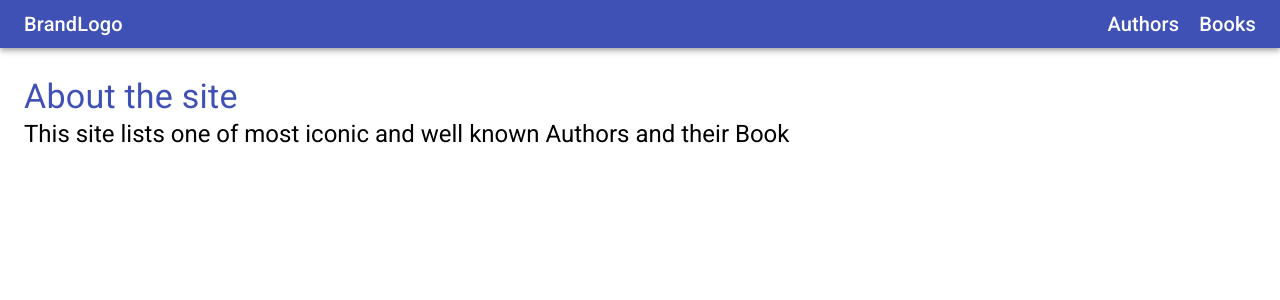
Repository: Sociophuck/00007494
Page: / (app in front/)
The author's editor kept a copy of each file at every save. The page is drawn from the files as they stood at one save, then again after the next save.
The browser window is 1280 px wide. The pictures show the whole page.
The project was rebuilt for these pictures with package versions that can differ from the ones it lists, and the page was loaded fresh each time. Also part of the build but not shown: front/src/Author.js, front/src/Book.js, front/src/AuthorDetails.js.

Above is the page before, as saved 2021-04-04 15:38:56.

After the next save:
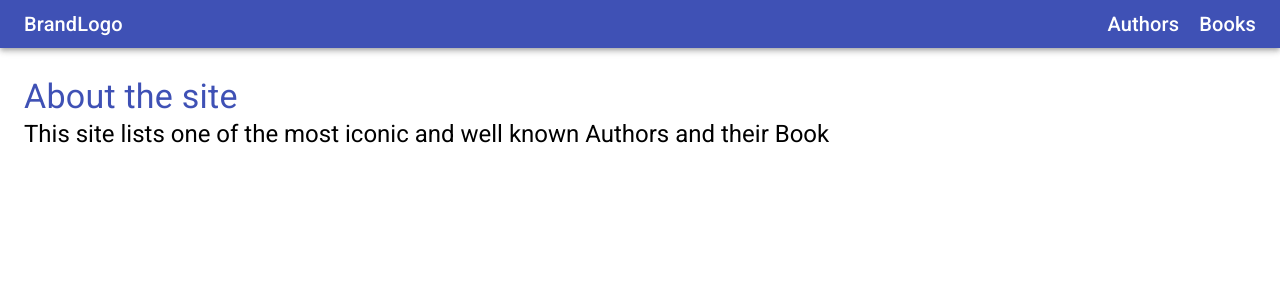
Saved 13 s later.
--- a/front/src/Home.js
+++ b/front/src/Home.js
@@ -7,7 +7,8 @@ function Home() {
         About the site
       </Typography>
       <Typography variant="h5">
-        This site lists one of most iconic and well known Authors and their Book
+        This site lists one of the most iconic and well known Authors and their
+        Book
       </Typography>
     </Container>
   );
